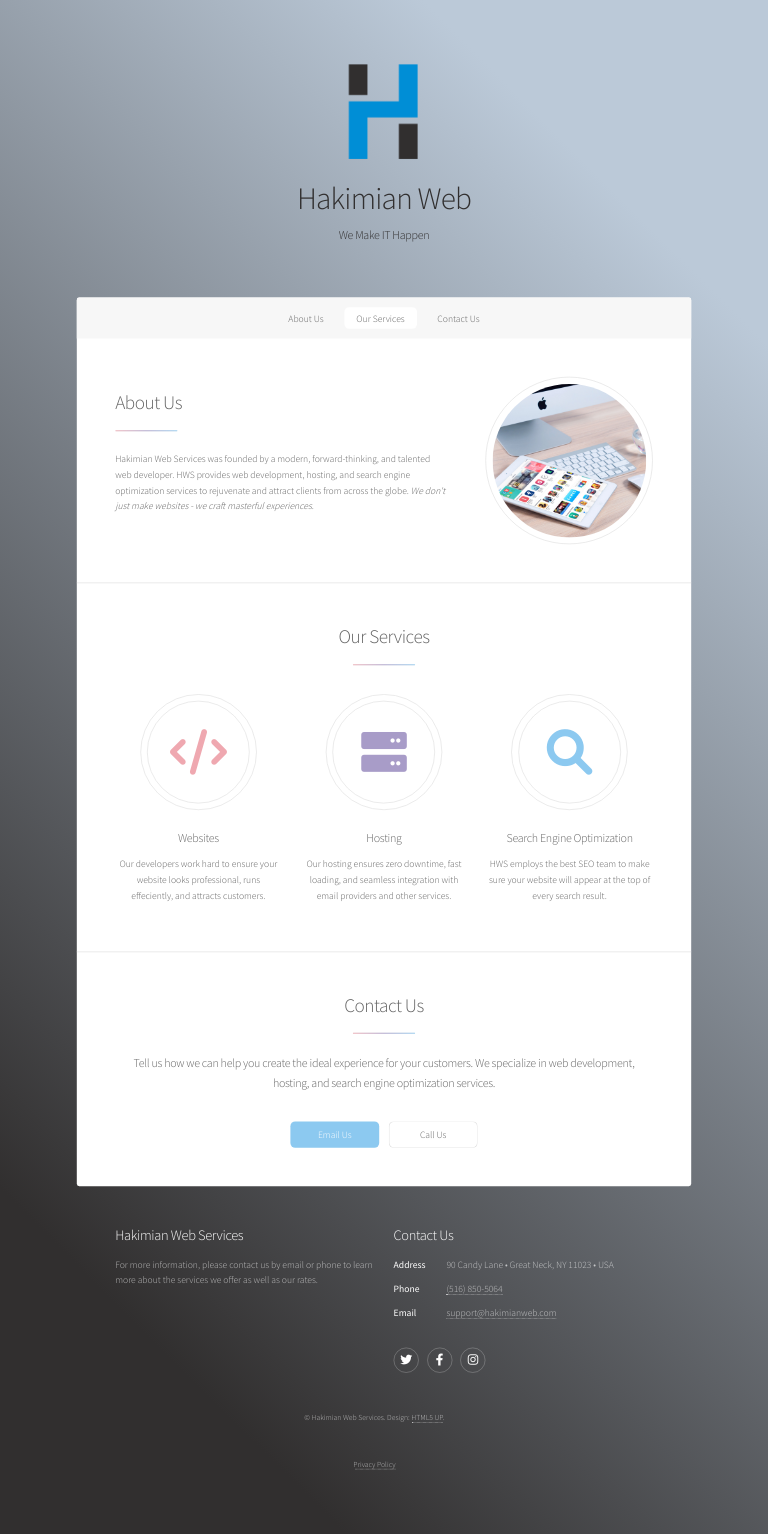
Repository: AidanHak/hakimianweb
Page: index.html
An editor plug-in stored every save of this project. The page is shown before and after the next save, followed by the edit.
The browser window is 1280 px wide. The pictures show the whole page, at 60% of full size.

Above is the page before, as saved 2022-03-12 22:15:59.

### index.html
<!DOCTYPE HTML>
<!--
	Stellar by HTML5 UP
	html5up.net | @ajlkn
	Free for personal and commercial use under the CCA 3.0 license (html5up.net/license)
-->
<html lang="en">
	<head>
		<meta charset="utf-8" />
		<meta name="viewport" content="width=device-width" />

		<title>Hakimian Web Services</title>
		<meta name="description" content="We Make IT Happen">
		<meta name="author" content="Hakimian Web Services">

		<meta property="og:title" content="Hakimian Web Services">
		<meta property="og:type" content="website">
		<meta property="og:url" content="https://hakimianweb.com/">
		<meta property="og:description" content="We Make IT Happen">
		<meta property="og:image" content="https://hakimianweb.com/images/open-graph.png">
		<meta property="og:image:secure_url" content="https://hakimianweb.com/images/open-graph.png" />
		<meta property="og:image:type" content="image/png" />
		<meta property="og:image:width" content="2560">
		<meta property="og:image:height" content="2560">
		<meta property="og:image:alt" content="Hakimian Web Services" />

		<meta property="twitter:image" content="https://hakimianweb.com/images/open-graph.png"  />

		<link rel="apple-touch-icon" sizes="180x180" href="/apple-touch-icon.png">
		<link rel="icon" type="image/png" sizes="32x32" href="/favicon-32x32.png">
		<link rel="icon" type="image/png" sizes="16x16" href="/favicon-16x16.png">
		<link rel="manifest" href="/site.webmanifest">

		<link href="assets/css/fontawesome-all.min.css" rel="stylesheet">

		<link rel="preconnect" href="https://fonts.googleapis.com">
		<link rel="preconnect" href="https://fonts.gstatic.com" crossorigin>
		<link href="https://fonts.googleapis.com/css2?family=Source+Sans+Pro:wght@300;400&display=swap" rel="stylesheet">

		<link rel="stylesheet" href="assets/css/main.css" />
		<noscript><link rel="stylesheet" href="assets/css/noscript.css" /></noscript>
	</head>
	<body class="is-preload">

		<!-- Wrapper -->
			<div id="wrapper">

				<!-- Header -->
					<header id="header" class="alt">
						<span class="logo"><img src="images/logo.png" alt="Logo" /></span>
						<h1>Hakimian Web</h1>
						<p>We Make IT Happen</p>
					</header>

				<!-- Nav -->
					<nav id="nav">
						<ul>
							<li><a href="#intro" class="active">About Us</a></li>
							<li><a href="#first">Our Services</a></li>
							<li><a href="#cta">Contact Us</a></li>
						</ul>
					</nav>

				<!-- Main -->
					<div id="main">

						<!-- Introduction -->
							<section id="intro" class="main">
								<div class="spotlight">
									<div class="content">
										<header class="major">
											<h2>About Us</h2>
										</header>
										<p>Hakimian Web Services was founded by a modern, forward-thinking, and talented web developer. HWS provides web development, hosting, and search engine optimization services to rejuvenate and attract clients from across the globe. <span class="italic">We don't just make websites - we craft masterful experiences</span>.</p>
										<div class="hidden">
											<ul class="actions">
												<li><a href="generic.html" class="button">Learn More</a></li>
											</ul>
										</div>
									</div>
									<span class="image"><img src="images/about-us.jpg" alt="" /></span>
								</div>
							</section>

						<!-- First Section -->
							<section id="first" class="main special">
								<header class="major">
									<h2>Our Services</h2>
								</header>
								<ul class="features">
									<li>
										<span class="icon solid major style1 fa-code"></span>
										<h3>Websites</h3>
										<p>Our developers work hard to ensure your website looks professional, runs effeciently, and attracts customers.</p>
									</li>
									<li>
										<span class="icon solid major style3 fa-server"></span>
										<h3>Hosting</h3>
										<p>Our hosting ensures zero downtime, fast loading, and seamless integration with email providers and other services.</p>
									</li>
									<li>
										<span class="icon solid major style5 fa-search"></span>
										<h3>Search Engine Optimization</h3>
										<p>HWS employs the best SEO team to make sure your website will appear at the top of every search result.</p>
									</li>
								</ul>
								<div class="hidden">
									<footer class="major">
										<ul class="actions special">
											<li><a href="generic.html" class="button">Learn More</a></li>
										</ul>
									</footer>
								</div>
							</section>

						<!-- Get Started -->
							<section id="cta" class="main special">
								<header class="major">
									<h2>Contact Us</h2>
									<p>Tell us how we can help you create the ideal experience for your customers. We specialize in web development, hosting, and search engine optimization services.</p>
								</header>
								<footer class="major">
									<ul class="actions special">
										<li><a href="mailto:support@hakimianweb.com" class="button primary">Email Us</a></li>
										<li><a href="tel:+15168505064" class="button">Call Us</a></li>
									</ul>
								</footer>
							</section>

					</div>

				<!-- Footer -->
					<footer id="footer">
						<section>
							<h2>Hakimian Web Services</h2>
							<p>For more information, please contact us by email or phone to learn more about the services we offer as well as our rates.</p>
							<div class="hidden">
								<ul class="actions">
									<li><a href="generic.html" class="button">Learn More</a></li>
								</ul>
							</div>
						</section>
						<section>
							<h2>Contact Us</h2>
							<dl class="alt">
								<dt>Address</dt>
								<dd>90 Candy Lane &bull; Great Neck, NY 11023 &bull; USA</dd>
								<dt>Phone</dt>
								<dd><a href="tel:+15168505064">(516) 850-5064</a></dd>
								<dt>Email</dt>
								<dd><a href="mailto:support@hakimianweb.com">support@hakimianweb.com</a></dd>
							</dl>
							<ul class="icons">
								<li><a href="https://twitter.com/HakimianWeb" class="icon brands fa-twitter alt"><span class="label">Twitter</span></a></li>
								<li><a href="https://www.facebook.com/Hakimian-Web-Services-HWS-102713925694278/" class="icon brands fa-facebook-f alt"><span class="label">Facebook</span></a></li>
								<li><a href="https://www.instagram.com/hakimianweb/" class="icon brands fa-instagram alt"><span class="label">Instagram</span></a></li>
							</ul>
						</section>
						<p class="copyright">&copy; Hakimian Web Services. Design: <a href="https://html5up.net">HTML5 UP</a>.</p>
						<p class="copyright"><a href="privacy-policy.html">Privacy Policy</a></p>
					</footer>

			</div>

		<!-- Scripts -->
		<script src="assets/js/jquery.min.js"></script>
		<script src="assets/js/jquery.scrollex.min.js"></script>
		<script src="assets/js/jquery.scrolly.min.js"></script>
		<script src="assets/js/browser.min.js"></script>
		<script src="assets/js/breakpoints.min.js"></script>
		<script src="assets/js/util.js"></script>
		<script src="assets/js/main.js"></script>

		<!-- Messenger Chat Plugin Code -->
		<div id="fb-root"></div>

		<!-- Your Chat Plugin code -->
		<div id="fb-customer-chat" class="fb-customerchat">
		</div>

		<script>
		var chatbox = document.getElementById('fb-customer-chat');
		chatbox.setAttribute("page_id", "102713925694278");
		chatbox.setAttribute("attribution", "biz_inbox");
		</script>

		<!-- Your SDK code -->
		<script>
		window.fbAsyncInit = function() {
			FB.init({
			xfbml            : true,
			version          : 'v13.0'
			});
		};

		(function(d, s, id) {
			var js, fjs = d.getElementsByTagName(s)[0];
			if (d.getElementById(id)) return;
			js = d.createElement(s); js.id = id;
			js.src = 'https://connect.facebook.net/en_US/sdk/xfbml.customerchat.js';
			fjs.parentNode.insertBefore(js, fjs);
		}(document, 'script', 'facebook-jssdk'));
		</script>
	</body>
</html>

Loaded but not shown: assets/css/fontawesome-all.min.css (library); assets/js/jquery.min.js (library); assets/js/jquery.scrollex.min.js (common file); assets/js/jquery.scrolly.min.js (common file); assets/js/browser.min.js (common file); assets/js/breakpoints.min.js (common file); assets/js/util.js (587 lines, source omitted); assets/js/main.js (123 lines, source omitted); assets/css/main.css (3797 lines, source omitted)

After the next save:
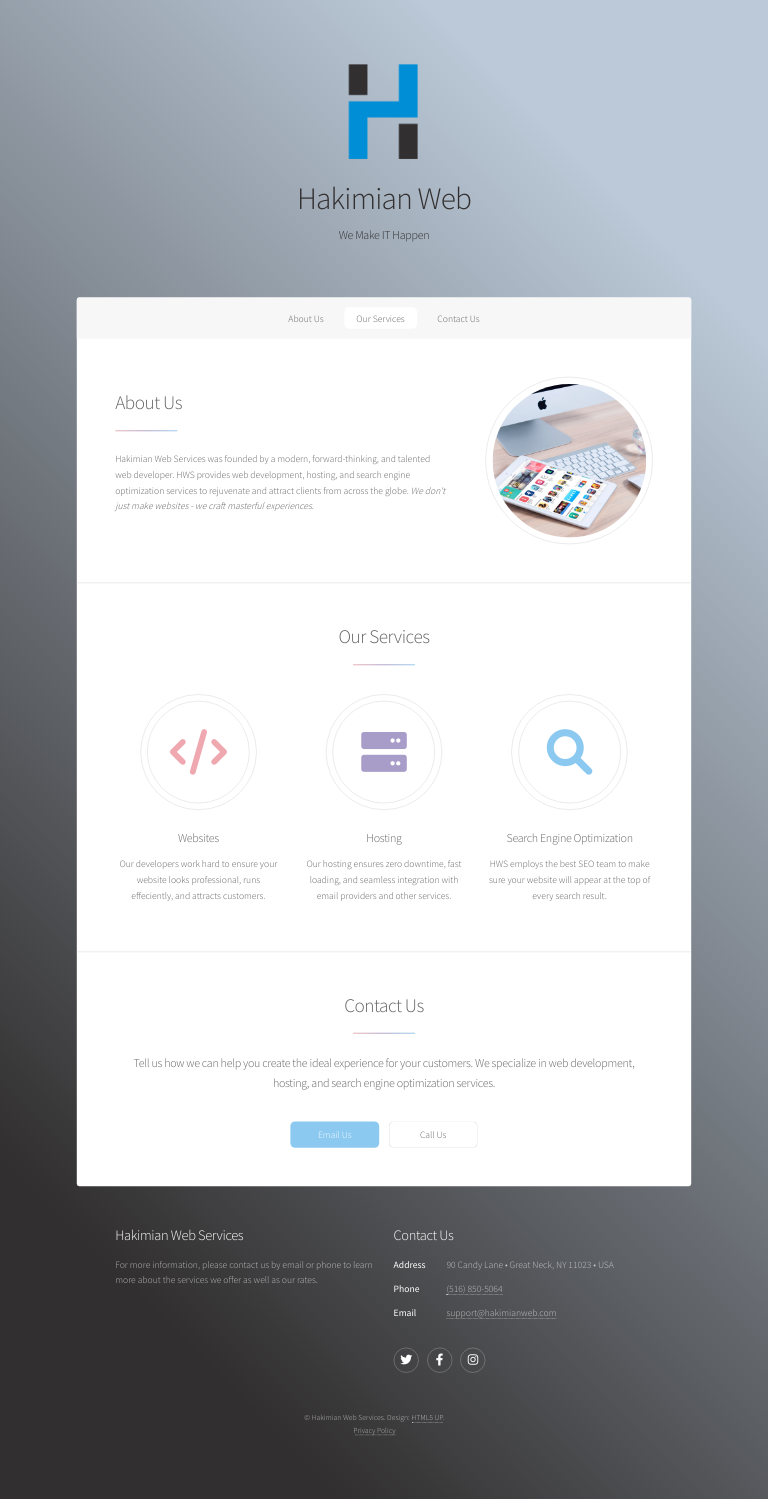
Saved 35 s later.
--- a/index.html
+++ b/index.html
@@ -156,8 +156,10 @@
 								<li><a href="https://www.instagram.com/hakimianweb/" class="icon brands fa-instagram alt"><span class="label">Instagram</span></a></li>
 							</ul>
 						</section>
-						<p class="copyright">&copy; Hakimian Web Services. Design: <a href="https://html5up.net">HTML5 UP</a>.</p>
-						<p class="copyright"><a href="privacy-policy.html">Privacy Policy</a></p>
+						<p class="copyright">
+							&copy; Hakimian Web Services. Design: <a href="https://html5up.net">HTML5 UP</a>.
+							<br /><a href="privacy-policy.html">Privacy Policy</a>
+						</p>
 					</footer>
 
 			</div>
